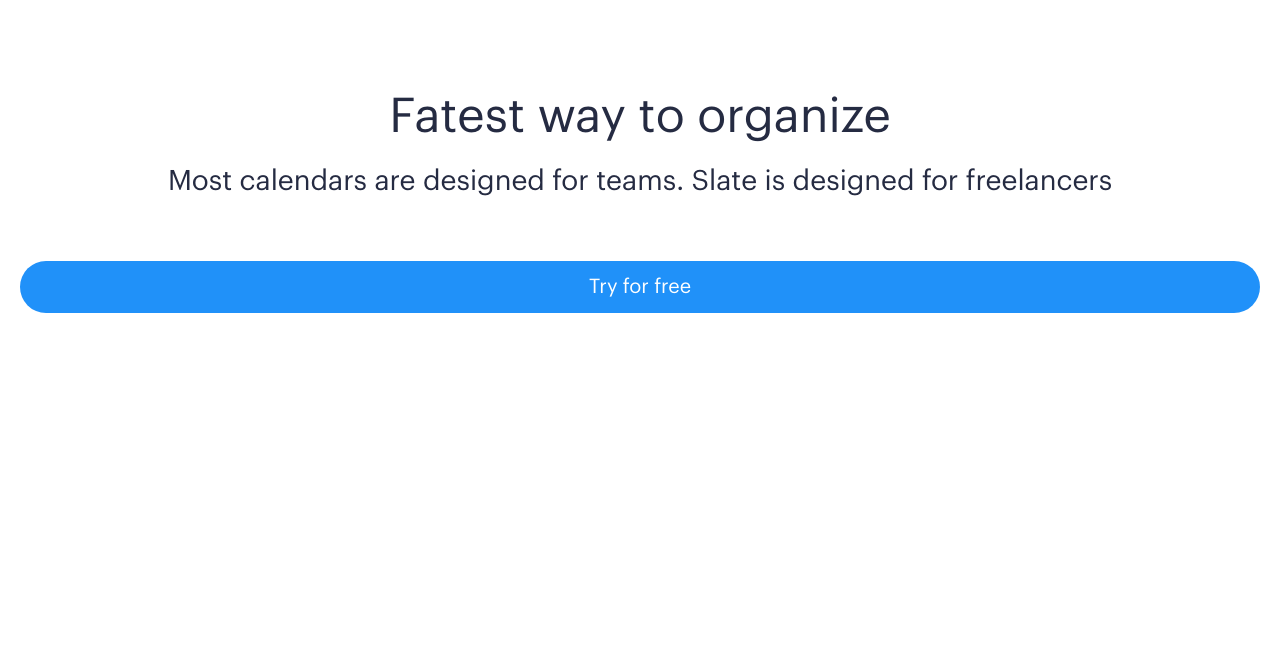
Repository: SK3010z/figmaland-tailwind
Page: /
The author's editor kept a copy of each file at every save. The page is drawn from the files as they stood at one save, then again after the next save.
The browser window is 1280 px wide. The pictures show the whole page.
The project was rebuilt for these pictures with package versions that can differ from the ones it lists, and the page was loaded fresh each time. Also part of the build but not shown: vite.config.js, src/mediaQueries.jsx.

Above is the page before, as saved 2024-08-19 13:57:55.

### index.html
<!doctype html>
<html lang="en">
  <head>
    <meta charset="UTF-8" />
    <link rel="icon" type="image/svg+xml" href="/vite.svg" />
    <meta name="viewport" content="width=device-width, initial-scale=1.0" />
    <title>FigmaLand</title>
  </head>
  <body>
    <div id="root"></div>
    <script type="module" src="/src/main.jsx"></script>
  </body>
</html>

### src/main.jsx
import { StrictMode } from 'react'
import { createRoot } from 'react-dom/client'
import App from './App.jsx'
import MediaQueries from './mediaQueries.jsx'
import './index.css'

createRoot(document.getElementById('root')).render(
  <StrictMode>
    <App/>
  </StrictMode>
)

### src/App.jsx
import { Button } from "./components/Button"
import { CalendarFeature } from "./components/CalendarFeature"
import { Heading } from "./components/Heading"
function App() {
  return (
    <div className="bg-darkBackground">
      <CalendarFeature></CalendarFeature>
    </div>
  )
}

export default App

### src/index.css
@tailwind base;
@tailwind components;
@tailwind utilities;

@font-face {
  font-family: "Graphik-bold";
  src: url(./fonts/Graphik/Graphik-Bold-Trial.otf) format("opentype");
  font-style: normal;
  font-display: swap;
}
@font-face {
  font-family: "Graphik";
  src: url(./fonts/Graphik/Graphik-Regular-Trial.otf) format("opentype");
  font-style: normal;
  font-display: swap;
}

### src/components/Button/index.jsx
export const Button = ({ children, variant = "primary", isBold = false }) => {
  return (
    <button
      className={`flex items-center justify-center p-4 rounded-full font-graphik text-xl leading-5
        ${
          variant === "primary"
            ? "bg-primary text-white"
            : "bg-white text-primary"
        }
        ${isBold && "font-graphik-bold"}
      `}
    >
      {children}
    </button>
  );
};

### src/components/CalendarFeature/index.jsx
import { Button } from "../Button";
import { Heading } from "../Heading";
import CalendarImage from "../../assets/images/features/calendar-feature-screenshot.png";

export const CalendarFeature = ({}) => {
    return (
        <section className="bg-white py-[90px] px-5">
            <div className="flex flex-col">
                <Heading type="h2" className="text-center">Fatest way to organize</Heading>
                <Heading type="h4" className="mb-[60px] mt-4 text-center">
                    Most calendars are designed for teams. Slate is designed for
                    freelancers
                </Heading>
                <Button>Try for free</Button>
            </div>

            <img scr={CalendarImage} />
        </section>
    );
};

### src/components/Heading/index.jsx
export const Heading = ({children, type = "h1", color = '', className = ''}) => {
    const customizedColor = color === 'white' ? 'text-white' : 'text-text'

    if (type == "h1") {
        return (
            <h1 className={`${className} text-[4.625rem] leading-[84px] font-graphik-bold ${customizedColor}`}>{children}</h1>
        )
    }
    if (type == "h4") {
        return (
            <h1 className={`${className} text-[28px] leading-[40px] font-graphik ${customizedColor}`}>{children}</h1>
        )
    }

    return(
     <h2 className={`${className} text-5xl leading-[55px] font-graphik ${customizedColor}`}>{children}</h2>
    )
};

### tailwind.config.js
/** @type {import('tailwindcss').Config} */
export default {
  content: [
    "./index.html",
    "./src/**/*.{js,ts,jsx,tsx}",
  ],
  theme: {
    extend: {
      fontFamily: {
        'graphik': ['Graphik','sans-serif'],
        'graphik-bold': ['Graphik-bold','sans-serif']
      },
      colors: {
        primary: '#2091F9',
        text: '#252B42',
        decondaryText: '#374754',
        darkBackground: '#252B42'
      }
    },
  },
  plugins: [],
}

After the next save:
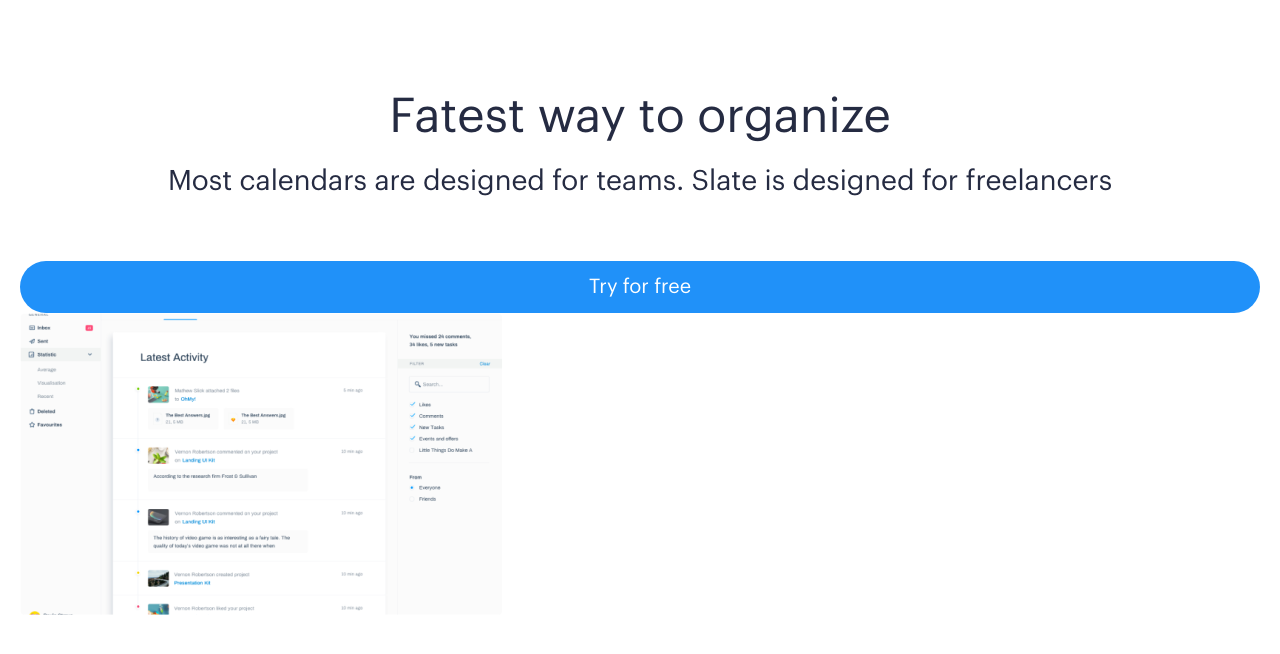
Saved 57 s later.
--- a/src/components/CalendarFeature/index.jsx
+++ b/src/components/CalendarFeature/index.jsx
@@ -14,7 +14,7 @@
                 <Button>Try for free</Button>
             </div>
 
-            <img scr={CalendarImage} />
+            <img src={CalendarImage} />
         </section>
     );
 };
